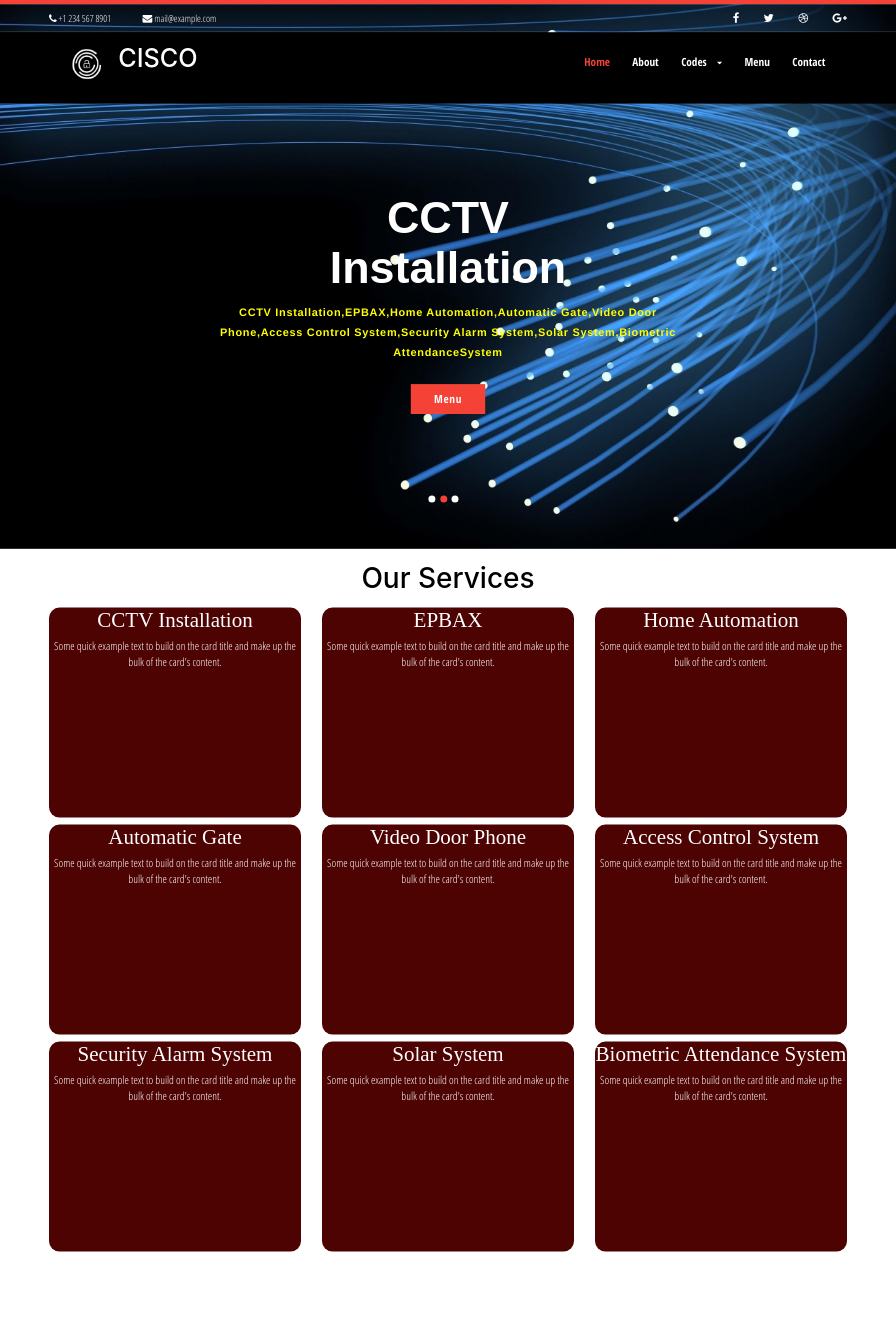
Repository: Nuhman123/Cisco
Page: index.html
The author's editor kept a copy of each file at every save. The page is drawn from the files as they stood at one save, then again after a run of saves.
The browser window is 1280 px wide. The pictures show the part of the page from y = 0 to 1920 px (the page is 3225 px tall before and 3238 px after), at 70% of full size.

Above is the page before, as saved 2021-04-08 19:24:04.

### index.html
<!--A Design by W3layouts
Author: W3layout
Author URL: http://w3layouts.com
License: Creative Commons Attribution 3.0 Unported
License URL: http://creativecommons.org/licenses/by/3.0/
-->
<!DOCTYPE html>
<html lang="en">
<head>
<title>Royal Recipes a Hotels and restaurants Category Flat Bootstrap responsive Website Template | Home :: w3layouts</title>
<meta name="viewport" content="width=device-width, initial-scale=1">
<meta http-equiv="Content-Type" content="text/html; charset=utf-8" />
<meta name="keywords" content="Royal Recipes Responsive web template, Bootstrap Web Templates, Flat Web Templates, Android Compatible web template,
Smartphone Compatible web template, free webdesigns for Nokia, Samsung, LG, SonyEricsson, Motorola web design" />
<script type="application/x-javascript"> addEventListener("load", function() { setTimeout(hideURLbar, 0); }, false); function hideURLbar(){ window.scrollTo(0,1); } </script>
<!-- bootstrap-css -->
<link href="css/bootstrap.css" rel="stylesheet" type="text/css" media="all" />
<!--// bootstrap-css -->
<!-- css -->
<link rel="stylesheet" href="css/style.css" type="text/css" media="all" />
<!--// css -->
<link rel="stylesheet" href="css/owl.carousel.css" type="text/css" media="all">
<link href="css/owl.theme.css" rel="stylesheet">
<!-- font-awesome icons -->
<link href="css/font-awesome.css" rel="stylesheet">
<!-- //font-awesome icons -->
<!-- font -->
<link href='//fonts.googleapis.com/css?family=Pacifico' rel='stylesheet' type='text/css'>
<link href='//fonts.googleapis.com/css?family=Open+Sans+Condensed:300,300italic,700' rel='stylesheet' type='text/css'>
<!-- //font -->
<script src="js/jquery-1.11.1.min.js"></script>
<script src="js/bootstrap.js"></script>
<!-- light-box -->
<link rel="stylesheet" href="css/lightbox.css">
<!-- //light-box -->
<script src="js/SmoothScroll.min.js"></script>
<!--search jQuery-->
<script src="js/main.js"></script>
<!--//search jQuery-->
<script type="text/javascript">
	jQuery(document).ready(function($) {
		$(".scroll").click(function(event){
			event.preventDefault();
			$('html,body').animate({scrollTop:$(this.hash).offset().top},1000);
		});
	});
</script>

<script>
$(document).ready(function() {
	$("#owl-demo").owlCarousel({

		autoPlay: 3000, //Set AutoPlay to 3 seconds
		autoPlay:true,
		items : 4,
		itemsDesktop : [640,5],
		itemsDesktopSmall : [414,4]

	});

});
</script>
</head>
<body>
	<div class="w3layouts-banner-top">

	</div>
	<!-- banner -->
	<div class="banner">
		<div class="top-banner">
			<div class="container">
				<div class="top-banner-left">
					<ul>
						<li><i class="fa fa-phone" aria-hidden="true"></i> +1 234 567 8901</li>
						<li><a href="mailto:example@email.com"><i class="fa fa-envelope" aria-hidden="true"></i> mail@example.com</a></li>
					</ul>
				</div>
				<div class="top-banner-right">
					<ul>
						<li><a class="facebook" href="#"><i class="fa fa-facebook" aria-hidden="true"></i></a></li>
						<li><a class="facebook" href="#"><i class="fa fa-twitter" aria-hidden="true"></i></a></li>
						<li><a class="facebook" href="#"><i class="fa fa-dribbble" aria-hidden="true"></i></a></li>
						<li><a class="facebook" href="#"><i class="fa fa-google-plus" aria-hidden="true"></i></a></li>
					</ul>
				</div>
				<div class="clearfix"> </div>
			</div>
		</div>
		<div class="header" style="background: black;">
			<div class="container">
				<div class="logo">
					<header>
						<div class="col-xs-4">
							<img src="images/csc0log.png">
						</div>
						<div class="col-xs-4">
							<h1>
								<a href="index.html">CISCO</a>
							</h1>
						</div>

				</div>
				<div class="top-nav">
					<nav class="navbar navbar-default">
							<button type="button" class="navbar-toggle collapsed" data-toggle="collapse" data-target="#bs-example-navbar-collapse-1">Menu
							</button>
						<!-- Collect the nav links, forms, and other content for toggling -->
						<div class="collapse navbar-collapse" id="bs-example-navbar-collapse-1">
							<ul class="nav navbar-nav">
								<li><a class="active" href="index.html">Home</a></li>
								<li><a href="about.html">About</a></li>
								<li><a href="#" class="dropdown-toggle hvr-bounce-to-bottom" data-toggle="dropdown" role="button" aria-haspopup="true" aria-expanded="false">Codes<span class="caret"></span></a>
									<ul class="dropdown-menu">
										<li><a class="hvr-bounce-to-bottom" href="icons.html">Icons</a></li>
										<li><a class="hvr-bounce-to-bottom" href="typography.html">Typography</a></li>
									</ul>
								</li>
								<li><a href="menu.html">Menu</a></li>
								<li><a href="contact.html">Contact</a></li>
							</ul>
							<div class="clearfix"> </div>
						</div>
					</nav>
				</div>
			</header>
				<div class="clearfix"> </div>
			</div>
		</div>
		<div class="banner-slider">
			<div class="container">
				<div class="slider">
					<div class="callbacks_container">
						<ul class="rslides callbacks callbacks1" id="slider4">
							<li>
								<div class="agileits-banner-info">
									<h3>CISCO</h3>
									<h5>Security Solutions & Automation</h5>
									<p>CCTV Installation,EPBAX,Home Automation,Automatic Gate,Video Door Phone,Access Control System,Security Alarm System,Solar System,Biometric AttendanceSystem</p>
									<a href="menu.html">Menu</a>
								</div>
							</li>
							<li>
								<div class="agileits-banner-info">
									<h3>CCTV<br> Installation</h3>
									<p>CCTV Installation,EPBAX,Home Automation,Automatic Gate,Video Door Phone,Access Control System,Security Alarm System,Solar System,Biometric AttendanceSystem</p>
									<a href="menu.html">Menu</a>
								</div>
							</li>
							<li>
								<div class="agileits-banner-info">
									<h3>CISCO</h3>
									<p>CCTV Installation,EPBAX,Home Automation,Automatic Gate,Video Door Phone,Access Control System,Security Alarm System,Solar System,Biometric AttendanceSystem</p>
									<a href="menu.html">Menu</a>
								</div>
							</li>
						</ul>
					</div>
					<script src="js/responsiveslides.min.js"></script>
					<script>
						// You can also use "$(window).load(function() {"
						$(function () {
						  // Slideshow 4
						  $("#slider4").responsiveSlides({
							auto: true,
							pager:true,
							nav:false,
							speed: 500,
							namespace: "callbacks",
							before: function () {
							  $('.events').append("<li>before event fired.</li>");
							},
							after: function () {
							  $('.events').append("<li>after event fired.</li>");
							}
						  });

						});
					 </script>
					<!--banner Slider starts Here-->
				</div>
			</div>
		</div>
	</div>
	<!-- banner -->
	<!-- services -->
	<section class="bg-light p-4 mt-5" id="Services-section">
		<div class="container">
		  <h1 class="services text-center">Our Services</h1>
		  <div class="row">
			<div class="col-lg-4 col-md-6 pt-3">
			  <div class="card text-center">

				<div class="card-body">
				  <h5 class="card-title">CCTV Installation</h5>
				  <p class="card-text">Some quick example text to build on the card title and make up the bulk of the card's content.</p>
				</div>
			  </div>
			</div>
			<div class="col-lg-4 col-md-6  pt-3">
			  <div class="card text-center ">

				<div class="card-body">
				  <h5 class="card-title">EPBAX</h5>
				  <p class="card-text">Some quick example text to build on the card title and make up the bulk of the card's content.</p>
				</div>
			  </div>
			</div>
			<div class="col-lg-4 col-md-6  pt-3">
			  <div class="card text-center ">

				<div class="card-body">
				  <h5 class="card-title">Home Automation</h5>
				  <p class="card-text">Some quick example text to build on the card title and make up the bulk of the card's content.</p>
				</div>
			  </div>
			</div>
			<div class="col-lg-4 col-md-6  pt-3">
			  <div class="card text-center">
				<div class="card-body">
				  <h5 class="card-title">Automatic Gate</h5>
				  <p class="card-text">Some quick example text to build on the card title and make up the bulk of the card's content.</p>
				</div>
			  </div>
			</div>
			<div class="col-lg-4 col-md-6  pt-3">
			  <div class="card text-center">
				<div class="card-body">
				  <h5 class="card-title">Video Door Phone</h5>
				  <p class="card-text">Some quick example text to build on the card title and make up the bulk of the card's content.</p>
				</div>
			  </div>
			</div>
			<div class="col-lg-4 col-md-6  pt-3">
			  <div class="card text-center ">
				<div class="card-body">
				  <h5 class="card-title">Access Control System</h5>
				  <p class="card-text">Some quick example text to build on the card title and make up the bulk of the card's content.</p>
				</div>
			  </div>
			</div>
			<div class="col-lg-4 col-md-6  pt-3">
				<div class="card text-center ">
				  <div class="card-body">
					<h5 class="card-title">Security Alarm System</h5>
					<p class="card-text">Some quick example text to build on the card title and make up the bulk of the card's content.</p>
				  </div>
				</div>
			  </div>
			  <div class="col-lg-4 col-md-6  pt-3">
				<div class="card text-center ">
				  <div class="card-body">
					<h5 class="card-title">Solar System</h5>
					<p class="card-text">Some quick example text to build on the card title and make up the bulk of the card's content.</p>
				  </div>
				</div>
			  </div>
			  <div class="col-lg-4 col-md-6  pt-3">
				<div class="card text-center ">
				  <div class="card-body">
					<h5 class="card-title">Biometric Attendance System</h5>
					<p class="card-text">Some quick example text to build on the card title and make up the bulk of the card's content.</p>
				  </div>
				</div>
			  </div>
		  </div>
		</div>
	  </section>
	<!-- //services -->
	<!-- offer -->
	<div class="jarallax offer">
		<div class="container">
			<div class="w3l-offer-heading">
				<h3>Today Offers</h3>
			</div>
			<div class="w3ls-offer-slider">
				<div class="slider">
					<div class="callbacks_container">
						<ul class="rslides callbacks callbacks1" id="slider3">
							<li>
								<div class="agileinfo-offer-grid">
									<h4>45<span>%</span></h4>
									<h5>Pork Vindaloo</h5>
									<p>Quisque scelerisque rutrum nunc, eget hendrerit diam porta efficitur. Duis bibendum consequat est, sed efficitur arcu. Morbi viverra, leo sit amet vestibulum dignissim, tortor est dignissim dolor, eu accumsan est urna id felis. </p>
								</div>
							</li>
							<li>
								<div class="agileinfo-offer-grid">
									<h4>50%</h4>
									<h5>Phaal Curry</h5>
									<p>Vestibulum euismod porttitor interdum. Vivamus porta consectetur nulla porttitor hendrerit. Pellentesque ultrices augue ut nibh feugiat, nec egestas orci cursus. Sed vehicula quis erat sed lobortis. Curabitur eleifend sit amet.</p>
								</div>
							</li>
							<li>
								<div class="agileinfo-offer-grid">
									<h4>64%</h4>
									<h5>Laal Maas</h5>
									<p>Aenean volutpat auctor ultrices. Aliquam ac turpis ultrices, porta enim at, interdum velit. Ut ligula justo, sodales eu nisi a, molestie dictum leo. Sed blandit porta ante, at consequat nulla fermentum a. Donec aliquet tristique.</p>
								</div>
							</li>
						</ul>
					</div>
					<script>
						// You can also use "$(window).load(function() {"
						$(function () {
						  // Slideshow 4
						  $("#slider3").responsiveSlides({
							auto: true,
							pager:false,
							nav:false,
							speed: 500,
							namespace: "callbacks",
							before: function () {
							  $('.events').append("<li>before event fired.</li>");
							},
							after: function () {
							  $('.events').append("<li>after event fired.</li>");
							}
						  });

						});
					 </script>
					<!--banner Slider starts Here-->
				</div>
			</div>
			<script src="js/jarallax.js"></script>
		</div>
	</div>
	<!-- //offer -->
	<!-- special -->
	<div class="special">
		<div class="container">
			<div class="wthree-special-heading">
				<h3>IMAGES</h3>
			</div>
			<div class="special-grids">
				<div id="owl-demo" class="owl-carousel owl-theme">
						<div class="item">
							<div class="w3-agileits-special-grid-info">
								<img src="images/bio.jfif" alt="" />
							</div>
						</div>
						<div class="item">
							<div class="w3-agileits-special-grid-info">
								<img src="images/epbax.jpeg" alt="" />

							</div>
						</div>
						<div class="item">
							<div class="w3-agileits-special-grid-info">
								<img src="images/h automations.jfif" alt="" />

							</div>
						</div>
						<div class="item">
							<div class="w3-agileits-special-grid-info">
								<img src="images/home automa 5.jfif" alt="" />
							</div>
						</div>
						<div class="item">
							<div class="w3-agileits-special-grid-info">
								<img src="images/ghy.jfif" alt="" />

							</div>
						</div>
						<div class="item">
							<div class="w3-agileits-special-grid-info">
								<img src="images/289c9c264087cddc084383969cd6e19f.jpg" alt="" />

							</div>
						</div>
						<div class="item">
							<div class="w3-agileits-special-grid-info">
								<img src="images/h automations.jfif3.jfif" alt="" />

							</div>
						</div>
						<div class="item">
							<div class="w3-agileits-special-grid-info">
								<img src="images/cctv3.jpg" alt="" />

							</div>
						</div>
				</div>
			</div>
		</div>
	</div>
	<!-- //special -->
	<!-- footer -->
	<div class="w3-agile-footer">
		<div class="container">
			<div class="footer-grids">
				<div class="col-md-3 footer-grid">
					<div class="footer-grid-heading">
						<h4>Address</h4>
					</div>
					<div class="footer-grid-info">
						<p>Eiusmod Tempor inc
							<span>St Dolore Place,Kingsport 56777.</span>
						</p>
						<p class="phone">Phone : +1 123 456 789
							<span>Email : <a href="mailto:example@email.com">mail@example.com</a></span>
						</p>
					</div>
				</div>
				<div class="col-md-3 footer-grid">
					<div class="footer-grid-heading">
						<h4>Navigation</h4>
					</div>
					<div class="footer-grid-info">
						<ul>
							<li><a href="index.html">Home</a></li>
							<li><a href="about.html">About</a></li>
							<li><a href="menu.html">Menu</a></li>
							<li><a href="contact.html">Contact</a></li>
						</ul>
					</div>
				</div>
				<div class="col-md-3 footer-grid">
					<div class="footer-grid-heading">
						<h4>Follow</h4>
					</div>
					<div class="social">
						<ul>
							<li><a href="#"><i class="fa fa-facebook"></i></a></li>
							<li><a href="#"><i class="fa fa-twitter"></i></a></li>
							<li><a href="#"><i class="fa fa-rss"></i></a></li>
							<li><a href="#"><i class="fa fa-vk"></i></a></li>
						</ul>
					</div>
				</div>
				<div class="col-md-3 footer-grid">
					<div class="footer-grid-heading">
						<h4>Newsletter</h4>
					</div>
					<div class="footer-grid-info">
						<form action="#" method="post">
							<input type="email" id="mc4wp_email" name="EMAIL" placeholder="Enter your email here" required="">
							<input type="submit" value="Subscribe">
						</form>
					</div>
				</div>
				<div class="clearfix"> </div>
			</div>
			<div class="agileits-w3layouts-copyright">
				<p>© 2017 Royal Recipes . All Rights Reserved | Design by <a href="http://w3layouts.com/"> W3layouts</a> </p>
			</div>
		</div>
	</div>
	<!-- //footer -->
	<script src="js/owl.carousel.js"></script>
	<script type="text/javascript" src="js/move-top.js"></script>
	<script type="text/javascript" src="js/easing.js"></script>
	<!-- here stars scrolling icon -->
	<script type="text/javascript">
		$(document).ready(function() {
			/*
				var defaults = {
				containerID: 'toTop', // fading element id
				containerHoverID: 'toTopHover', // fading element hover id
				scrollSpeed: 1200,
				easingType: 'linear'
				};
			*/

			$().UItoTop({ easingType: 'easeOutQuart' });

			});
	</script>
<!-- //here ends scrolling icon -->
<script type="text/javascript">
			/* init Jarallax */
			$('.jarallax').jarallax({
				speed: 0.5,
				imgWidth: 1366,
				imgHeight: 768
			})
		</script>
</body>
</html>

Loaded but not shown: css/bootstrap.css (library); css/owl.carousel.css (common file); css/owl.theme.css (common file); css/font-awesome.css (library); js/jquery-1.11.1.min.js (library); js/bootstrap.js (library); css/lightbox.css (library); js/SmoothScroll.min.js (library); js/responsiveslides.min.js (library); js/owl.carousel.js (library); js/jarallax.js (433 lines, source omitted); js/easing.js (140 lines, source omitted); js/main.js (100 lines, source omitted); js/move-top.js (5 lines, source omitted); css/style.css (2003 lines, source omitted)

After the next 15 saves:
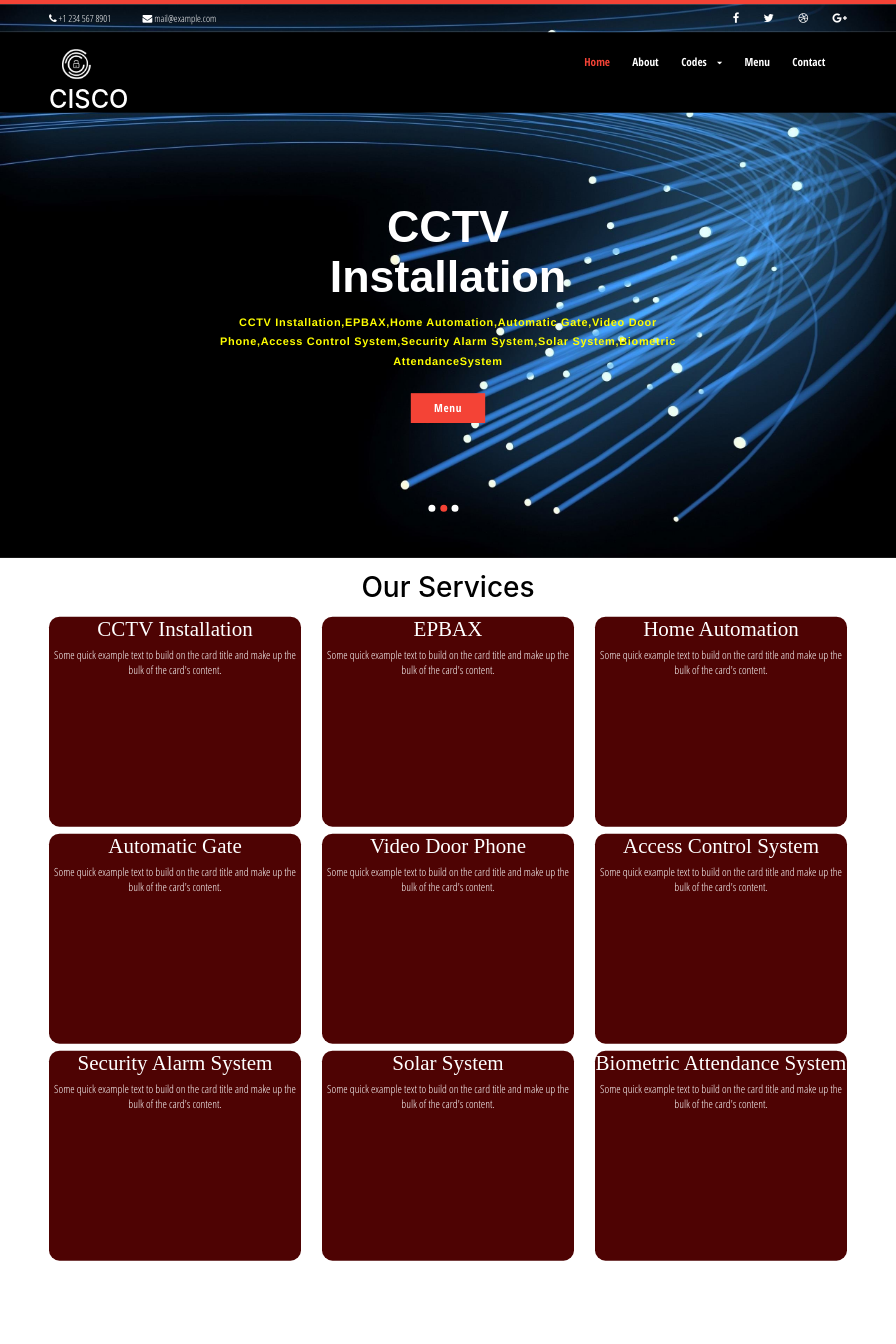
The 15 saves are shown as one change because they came seconds apart.
The last was saved 2 min 26 s later.
--- a/index.html
+++ b/index.html
@@ -90,15 +90,10 @@
 			<div class="container">
 				<div class="logo">
 					<header>
-						<div class="col-xs-4">
-							<img src="images/csc0log.png">
-						</div>
-						<div class="col-xs-4">
-							<h1>
-								<a href="index.html">CISCO</a>
-							</h1>
-						</div>
-
+						<img src="images/csc0log.png">
+					<h1>
+						<a href="index.html">CISCO</a>
+					</h1>
 				</div>
 				<div class="top-nav">
 					<nav class="navbar navbar-default">

After the save that followed:
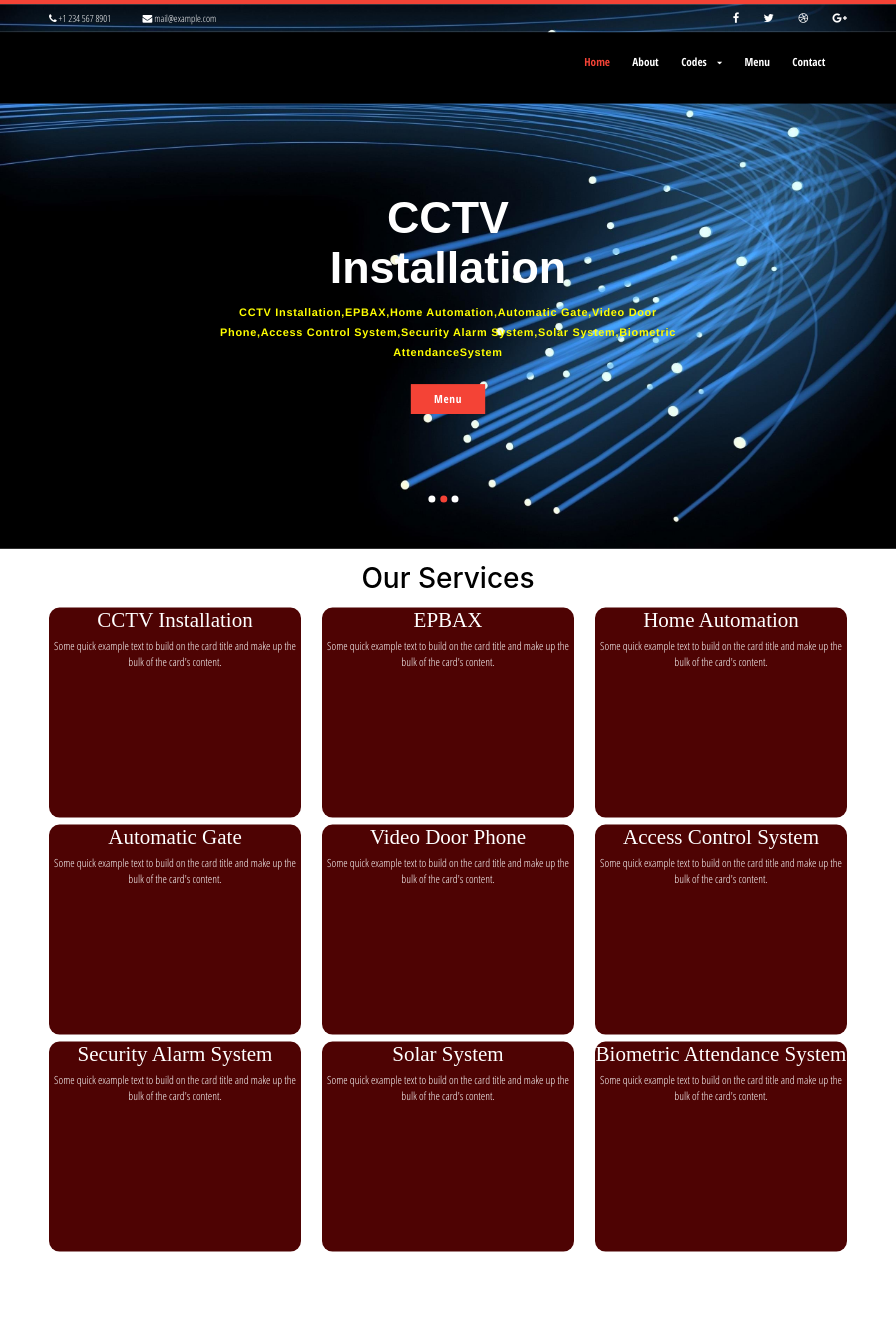
Saved 42 s later.
--- a/index.html
+++ b/index.html
@@ -89,11 +89,7 @@
 		<div class="header" style="background: black;">
 			<div class="container">
 				<div class="logo">
-					<header>
-						<img src="images/csc0log.png">
-					<h1>
-						<a href="index.html">CISCO</a>
-					</h1>
+
 				</div>
 				<div class="top-nav">
 					<nav class="navbar navbar-default">
